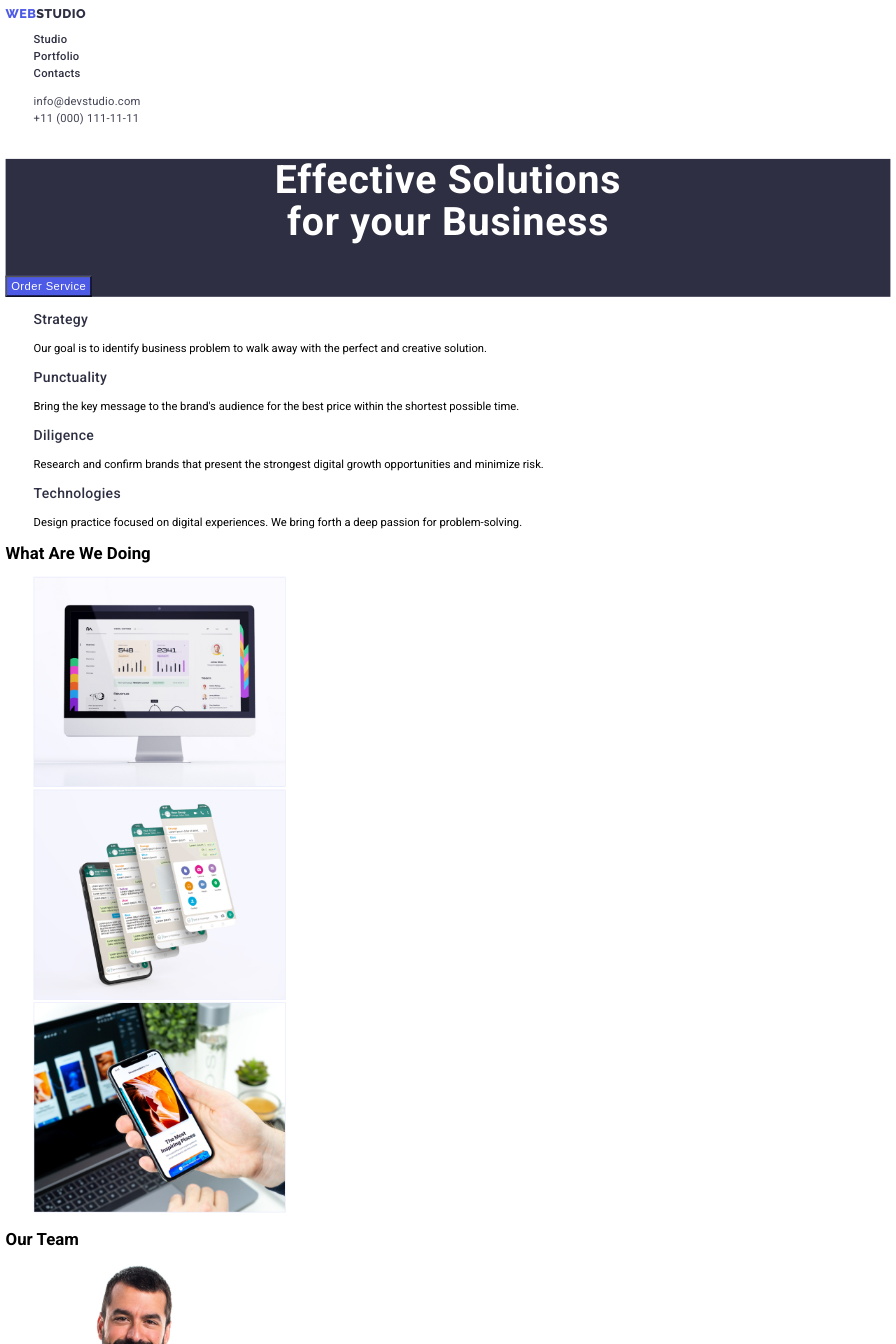
Repository: jandiman/goit-markup-hw-02
Page: index.html
The author's editor kept a copy of each file at every save. The page is drawn from the files as they stood at one save, then again after the next save.
The browser window is 1280 px wide. The pictures show the part of the page from y = 0 to 1920 px (the page is 3347 px tall before and 3367 px after), at 70% of full size.

Above is the page before, as saved 2023-07-07 09:27:05.

After the next save:
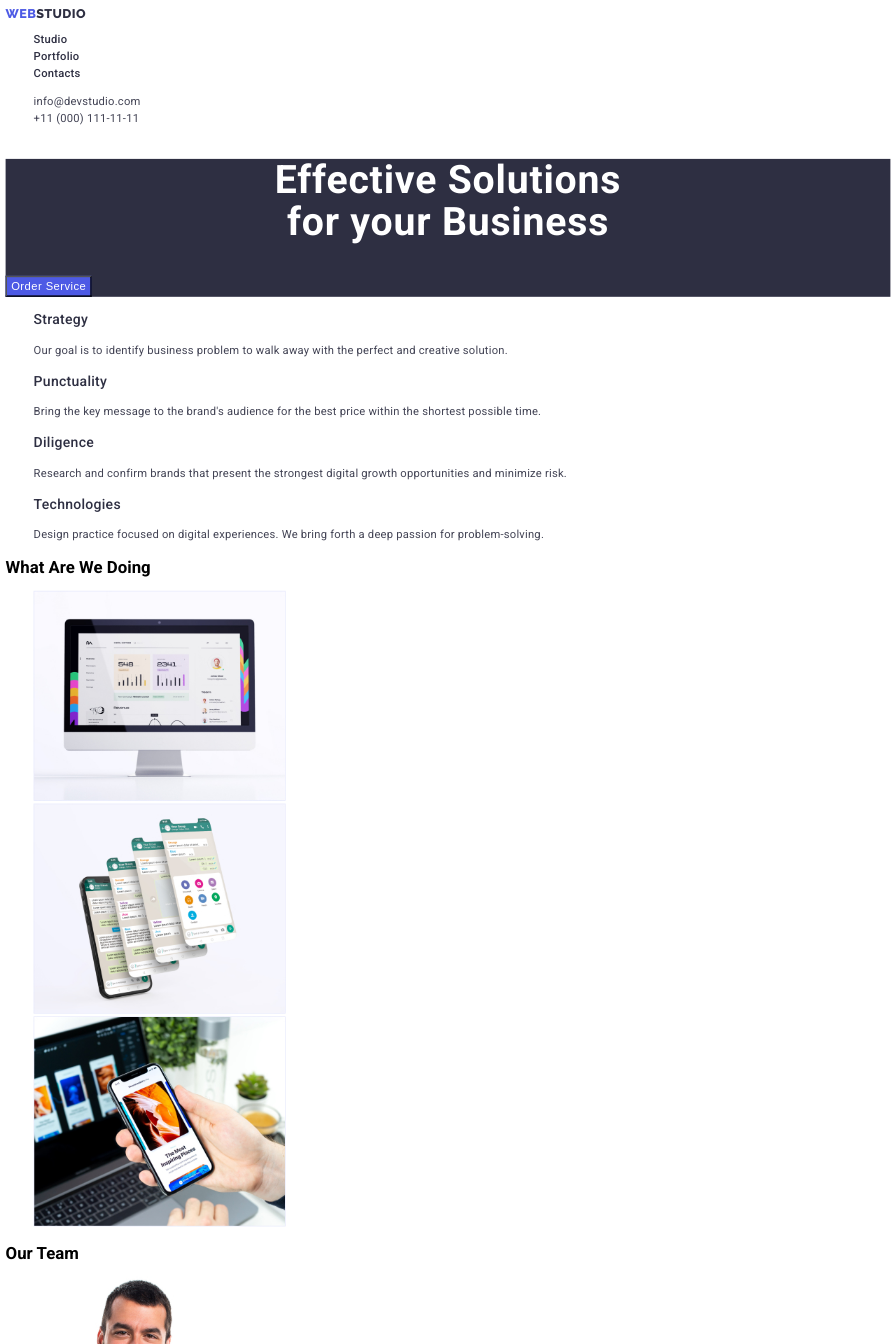
Saved 20 s later.
--- a/css/styles.css
+++ b/css/styles.css
@@ -106,3 +106,14 @@
   line-height: 24px;
   letter-spacing: 0.4px;
 }
+
+.feature-item-text {
+  color: var(--slate, #434455);
+  /* Body */
+  font-family: Roboto;
+  font-size: 16px;
+  font-style: normal;
+  font-weight: 400;
+  line-height: 24px;
+  letter-spacing: 0.32px;
+}
